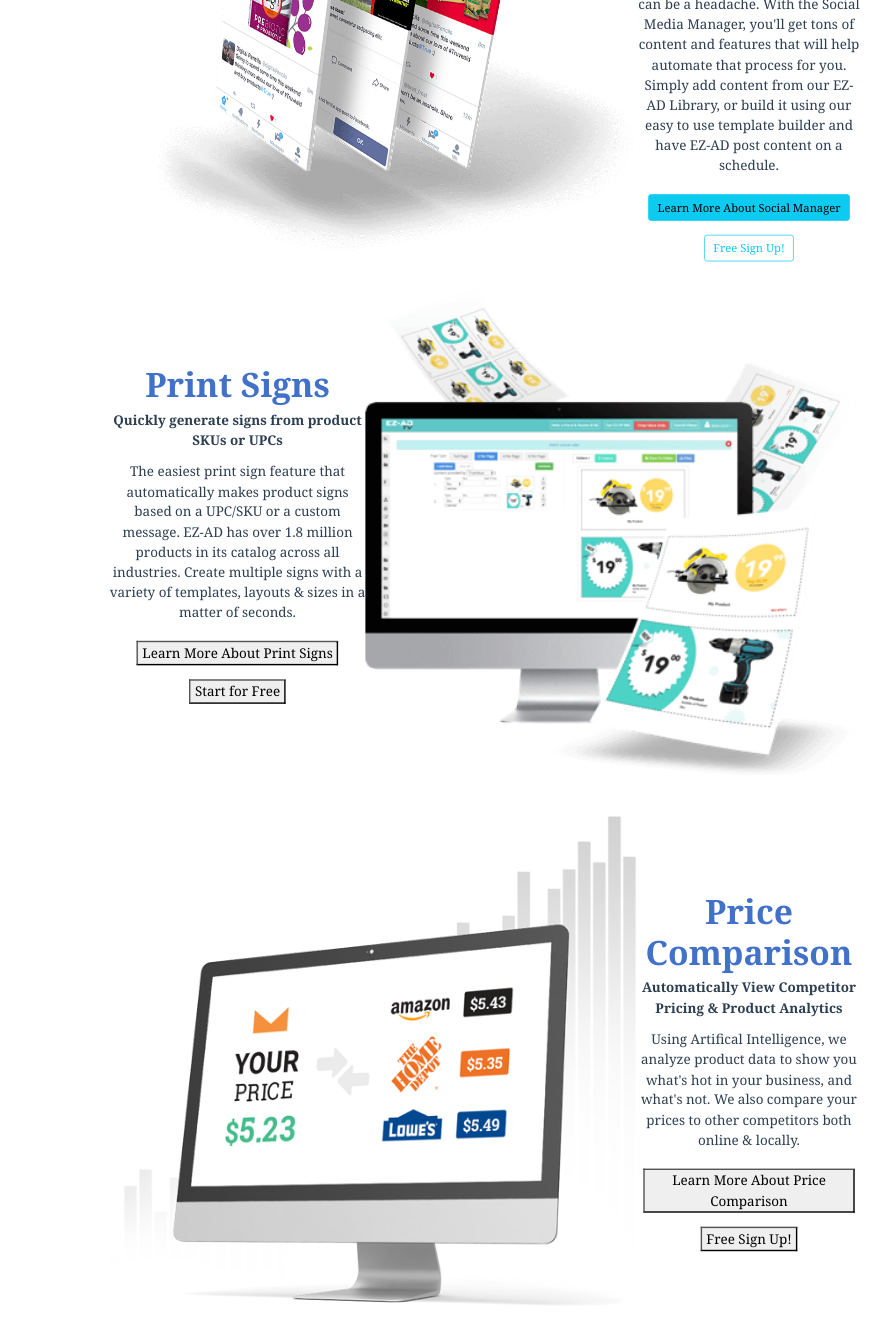
Repository: Herinyhert/EZ-AD
Page: /
These files come from the project's save history. The page is drawn as it stood at one moment and after the next save; the edit follows.
The browser window is 1280 px wide. The pictures show the part of the page from y = 3528 to 5448 px (the page is 6251 px tall), at 70% of full size.
The project was rebuilt for these pictures with package versions that can differ from the ones it lists, and the page was loaded fresh each time. Also part of the build but not shown: vue.config.js.

Above is the page before, as saved 2023-04-27 16:36:40.

### public/index.html
<!DOCTYPE html>
<html lang="">
  <head>
    <meta charset="utf-8">
    <meta http-equiv="X-UA-Compatible" content="IE=edge">
    <meta name="viewport" content="width=device-width,initial-scale=1.0">
    <link rel="icon" href="<%= BASE_URL %>favicon.ico">
    <title><%= htmlWebpackPlugin.options.title %></title>
    <link href="https://cdn.jsdelivr.net/npm/bootstrap@5.1.3/dist/css/bootstrap.min.css" rel="stylesheet" integrity="sha384-1BmE4kWBq78iYhFldvKuhfTAU6auU8tT94WrHftjDbrCEXSU1oBoqyl2QvZ6jIW3" crossorigin="anonymous">
  </head>
  <body>
    <noscript>
      <strong>We're sorry but <%= htmlWebpackPlugin.options.title %> doesn't work properly without JavaScript enabled. Please enable it to continue.</strong>
    </noscript>
    <div id="app"></div>
    <!-- built files will be auto injected -->
    <script src="https://cdn.jsdelivr.net/npm/bootstrap@5.1.3/dist/js/bootstrap.bundle.min.js" integrity="sha384-ka7Sk0Gln4gmtz2MlQnikT1wXgYsOg+OMhuP+IlRH9sENBO0LRn5q+8nbTov4+1p" crossorigin="anonymous"></script>
  </body>
</html>

### src/App.vue
<template>
  <div id="app">
    <nav class="contend">
      <div class="contend1">
        <router-link to="/">EZ-AD</router-link>
      </div>
      <div class="contend2">
        <router-link to="/digital-signage">Digital Signage</router-link> |
        <router-link to="/ez-commerce">EZ-Commerce</router-link> |
        <router-link to="/about">Contact Us</router-link>
      </div>
      <div class="contend3">
        <router-link to="/about">
          <button type="button" class="btn btn-warning">Warning</button>
        </router-link>
        <router-link to="/about">
          <button type="button" class="btn btn-info">Tutorial Videos</button>
        </router-link>
        <router-link to="/about">
          <button type="button" class="btn btn-info">Login</button>
        </router-link>
      </div>
    </nav>
    <router-view />
  </div>
</template>

<style>
#app {
  font-family: Avenir, Helvetica, Arial, sans-serif;
  -webkit-font-smoothing: antialiased;
  -moz-osx-font-smoothing: grayscale;
  text-align: center;
  color: #2c3e50;
}

.contend {
  padding: 30px;
  position: relative;
}

.contend button {
  margin: 10px;
}

.contend a {
  font-weight: bold;
  text-decoration: none;
  color: #2c3e50;
}

.contend a.router-link-exact-active {
  color: #42b983;
}
.contend1{
  margin: 50px;
  position: absolute;
  left: 0px;
  font-size: 3rem;
}
.contend2{
justify-content: center;
}
.contend3{
  position: absolute;
  right: 50px;
}
</style>

### src/router/index.js
import Vue from 'vue'
import VueRouter from 'vue-router'
import HomeView from '../views/HomeView.vue'

Vue.use(VueRouter)

const routes = [
  {
    path: '/',
    name: 'home',
    component: HomeView
  },
  {
    path: '/about',
    name: 'about',
    component: () => import('../views/AboutView.vue')
  },
  {
    path: '*',
    name: 'NotFound',
    component: () => import('../views/NotFound.vue')
  },
  {
    path: '/ez-commerce',
    name: 'ez-commerce',
    component: () => import('../views/EZ-Commerce.vue')
  },
  {
    path: '/digital-signage',
    name: 'digital-signage',
    component: () => import('../views/DigitalSignage.vue')
  }
]

const router = new VueRouter({
  mode: 'history',
  base: process.env.BASE_URL,
  routes
})

export default router

### src/views/HomeView.vue
<template>
  <div>
    <EZADHome/>
  </div>
</template>

<script>
// @ is an alias to /src
import EZADHome from '@/components/EZADHome.vue';

export default {
  name: 'HomeView',
  components: {
    EZADHome
}
}
</script>

### src/components/EZADHome.vue
<template>
  <div class="contend">
    <div
      id="carouselExampleInterval"
      class="carousel slide"
      data-bs-ride="carousel"
    >
      <div class="carousel-inner">
        <div class="carousel-item active" data-bs-interval="2000">
          <router-link to="/ez-commerce">
            <h1 class="ez">EZ-Comerce</h1>
            <h3 class="ez">Simple & Automated E-Commerce Site</h3>
            <img
              src="../components/image/ez_commerce.png"
              class="d-block w-50"
              alt="EZ-Commerce"
            />
          </router-link>
        </div>
        <div class="carousel-item" data-bs-interval="2000">
          <router-link to="/about">
            <h1 class="tv">Digital Signage</h1>
            <h3 class="tv">In-Store Digital Signage Systen</h3>
            <img
              src="../components/image/header-img-two.png"
              class="d-block w-50"
              alt="EZ-AD TV"
            />
          </router-link>
        </div>
      </div>
      <button
        class="carousel-control-prev"
        type="button"
        data-bs-target="#carouselExampleInterval"
        data-bs-slide="prev"
      >
        <span class="carousel-control-prev-icon" aria-hidden="true"></span>
        <span class="visually-hidden">Anterior</span>
      </button>
      <button
        class="carousel-control-next"
        type="button"
        data-bs-target="#carouselExampleInterval"
        data-bs-slide="next"
      >
        <span class="carousel-control-next-icon" aria-hidden="true"></span>
        <span class="visually-hidden">Siguiente</span>
      </button>
    </div>
    <div class="cont">
      <h2>
        Over <strong style="color: rgb(75, 194, 36);">30,000 Sold</strong> in 7 Countries, Some to Notable
        Customers Like
      </h2>
      <div class="cont-custf">
        <img
          src="./image/customers/60be6a67205b7_Spectrum-Logo.png"
          alt="Spectrum"
        />
        <img src="./image/customers/ace.png" alt="Ace" />
        <img src="./image/customers/applied.png" alt="Applied" />
        <img src="./image/customers/ava.png" alt="Ava" />
        <img src="./image/customers/best-buy.png" alt="Best-Buy" />
        <img src="./image/customers/best.png" alt="Best" />
        <img src="./image/customers/costco.png" alt="Costco" />
        <img src="./image/customers/disney.png" alt="Disney" />
        <img src="./image/customers/emery.png" alt="Emery" />
        <img src="./image/customers/napa.png" alt="Napa" />
        <img src="./image/customers/orgill.png" alt="Orgill" />
        <img src="./image/customers/american_home.png" alt="American_home" />
        <img src="./image/customers/true_value.png" alt="True_Value" />
        <img src="./image/customers/ross.png" alt="Ross" />
        <img src="./image/customers/verizon.png" alt="Verizon" />
        <img src="./image/customers/walmart.png" alt="Walmart" />
        <img src="./image/customers/lmc.png" alt="Lmc" />
      </div>
    </div>
    <div class="cont">
      <h1 style="color:#3f566d">A Suite of Marketing Technologies That Is Easy to Use</h1>
      <h3>
        All of our products are fully integrated with one another, meaning you
        can <strong style="color:#3f566d; ;">easily create content to push to multiple outlets.</strong>
      </h3>
      <div class="cont-text">
        <img src="./image/ezcommerce_2.png" alt="EZ-Commerce" />
        <div class="cont-text-text">
          <h2 style="color:#49e158; font-size: 3rem;"><strong>EZ-Commerce</strong></h2>
          <p>
            <strong>
              Display ALL of your POS Products on a simple & automated E-Commerce Site.
            </strong>
          </p>
          <p>
            Sync Your POS Data System to have your products immediately
            available on your Ecommerce website. Product images and descriptions
            are ready for your customers without even typing a word. We
            automatically match your POS products to our database of over 8
            million products!
          </p>
          <button type="button" class="btn btn-outline-success">Learn More About EZ-Commerce</button>
        </div>
      </div>
      <div class="cont-text">
        <div class="cont-text-text">
          <h2 style="color:#4171c9; font-size: 3rem;"><strong>Digital Signage System</strong></h2>
          <p><strong>Simple, Inexpensive In-Store Advertising TV System</strong></p>
          <p>
            Plug our EZ-AD media player into any flat-screen TV and
            automatically turn it into an in-store TV advertising board. Then
            log into ezadtv.com and create your content. We have thousands of
            videos & templates to choose from, so you can quickly create digital
            advertising monitors in your store. Creating digital ads has never
            been so easy with EZ-AD's in-store TV advertising software.
          </p>
          <button type="button" class="btn btn-info">Learn More About EZ-AD TV</button>
          <button type="button" class="btn btn-outline-info">View Pricing</button>
        </div>
        <img src="./image/digital_sinage.png" alt="Digital Sinage" />
      </div>
      <div class="cont-text">
        <img src="./image/cards.png" alt="Social Media Manager" />
        <div class="cont-text-text">
          <h2 style="color:#4171c9; font-size: 3rem;"><strong>Social Media Manager</strong></h2>
          <p><strong>Auto Post your content on Facebook® & Twitter®</strong></p>
          <p>
            Managing social media accounts can be a headache. With the Social
            Media Manager, you'll get tons of content and features that will help
            automate that process for you. Simply add content from our EZ-AD
            Library, or build it using our easy to use template builder and have
            EZ-AD post content on a schedule.
          </p>
          <button type="button" class="btn btn-info">Learn More About Social Manager</button>
          <button type="button" class="btn btn-outline-info">Free Sign Up!</button>
        </div>
      </div>
      <div class="cont-text">
        <div class="cont-text-text">
          <h2 style="color:#4171c9; font-size: 3rem;"><strong>Print Signs</strong></h2>
          <p><strong>Quickly generate signs from product SKUs or UPCs</strong></p>
          <p>
            The easiest print sign feature that automatically makes product
            signs based on a UPC/SKU or a custom message. EZ-AD has over 1.8
            million products in its catalog across all industries. Create
            multiple signs with a variety of templates, layouts & sizes in a
            matter of seconds.
          </p>
          <button>Learn More About Print Signs</button>
          <button>Start for Free</button>
        </div>
        <img src="./image/print_signs.png" alt="Print Signs"/>
      </div>
      <div class="cont-text">
        <img src="./image/price-comparison.png" alt="Price Comparison" />
        <div class="cont-text-text">
          <h2 style="color:#4171c9; font-size: 3rem;"><strong>Price Comparison</strong></h2>
          <p><strong>Automatically View Competitor Pricing & Product Analytics</strong></p>
          <p>
            Using Artifical Intelligence, we analyze product data to show you
            what's hot in your business, and what's not. We also compare your
            prices to other competitors both online & locally.
          </p>
          <button>Learn More About Price Comparison</button>
          <button>Free Sign Up!</button>
        </div>
      </div>
      <div class="cont-text">
        <div class="cont-text-text">
          <h2 style="color:#4171c9; font-size: 3rem;"><strong>Barcode Scanner App</strong></h2>
          <p>
            <strong>Download the app & scan products to view competitor pricing & videos</strong>
          </p>
          <p>
            This friendly app is packed with tons of features like managing your
            EZ-AD TV, creating signs, or viewing manufacturer's videos, all by
            simply scanning a product barcode.
          </p>
          <button>Learn More</button>
          <button>Download for Free!</button>
        </div>
        <img src="./image/scanner-app.png" alt="Barcode Scanner App" />
      </div>
    </div>
  </div>
</template>

  <script>
export default {
  name: "EZADHome",
};
</script>

  <style scoped>
.contend {
  margin: 1%;
  font-family:Georgia, 'Times New Roman', Times, serif;
}
.carousel-item img {
  margin-left: 20%;
}
.carousel-item .ez {
  width: 70%;
  position: relative;
  left: 20%;
  text-shadow: 0 0 10px #fff, 0 0 10px #fff, 0 0 5px #49e158, 0 0 5px #49e158,
    0 0 5px #49e158, 0 0 5px #49e158, 0 0 30px #133900;
  color: #fff;
}
.carousel-item .tv {
  width: 70%;
  position: relative;
  left: 20%;
  text-shadow: 0 0 10px #fff, 0 0 10px #fff, 0 0 5px #4171c9, 0 0 5px #4171c9,
    0 0 5px #4171c9, 0 0 5px #4171c9, 0 0 30px #060253;
  color: #fff;
}
.cont {
  margin: 5%;
  font-size: 1.5rem;
  color: #3f566d;
}
.cont-custf {
  display: grid;
  grid-template-columns: repeat(auto-fill, 250px);
  gap: 40px;
  padding: 40px;
  justify-content: center;
}
.cont-custf img {
  height: 60px;
}
.cont-text {
  margin: 5%;
  width: 100%;
  height: 700px;
  display: flex;
  color: #2c3e50;
}
.cont-text img {
  width: 70%;
}
.cont-text-text {
  margin-top: 10%;
  font-size: 1.2rem;
  justify-content: center;
  color: #2c3e50;
}
</style>

Loaded but not shown: src/main.js (common file); src/store/index.js (common file)

After the next save:
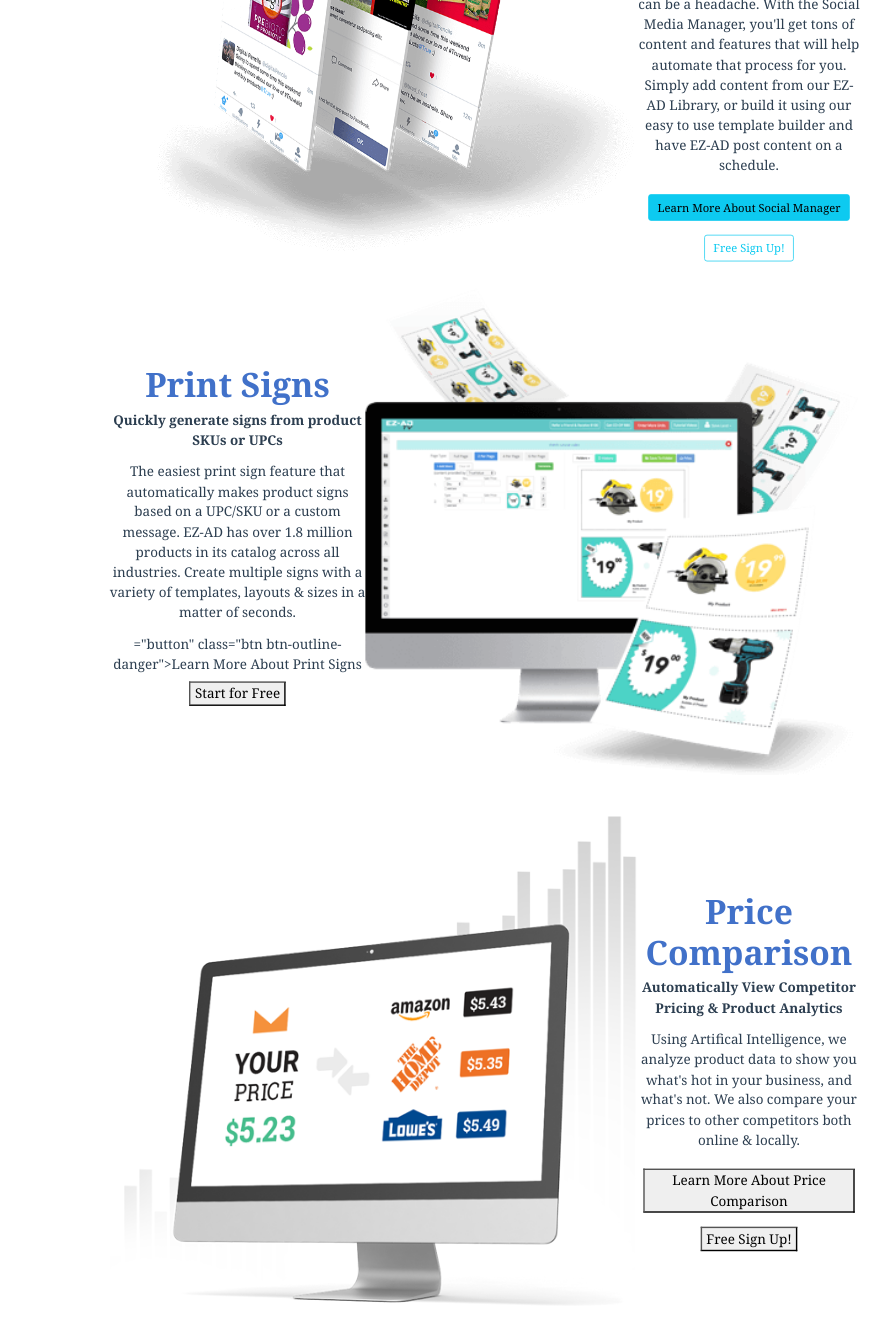
Saved 25 s later.
--- a/src/components/EZADHome.vue
+++ b/src/components/EZADHome.vue
@@ -145,7 +145,7 @@
             multiple signs with a variety of templates, layouts & sizes in a
             matter of seconds.
           </p>
-          <button>Learn More About Print Signs</button>
+          <buttontype="button" class="btn btn-outline-danger">Learn More About Print Signs</button>
           <button>Start for Free</button>
         </div>
         <img src="./image/print_signs.png" alt="Print Signs"/>
